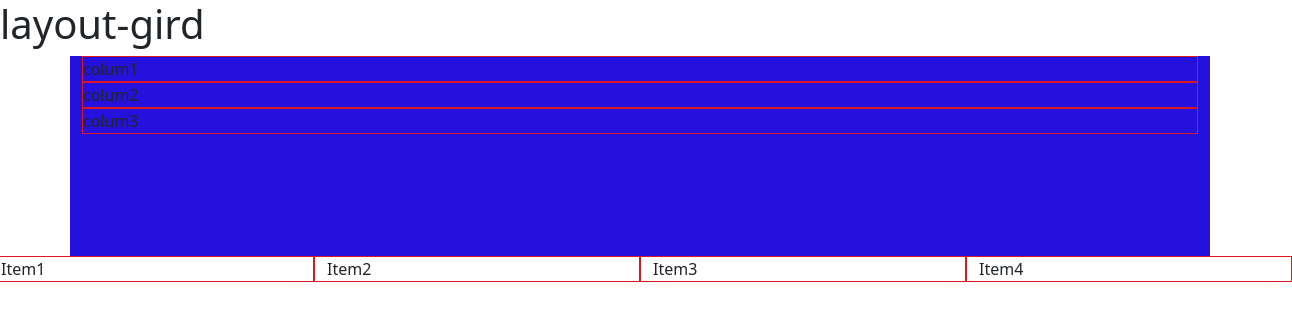
Repository: cvTuananh/Wed-famework
Page: lab05/demo3.html
An editor plug-in stored every save of this project. The page is shown before and after the next save, followed by the edit.
The browser window is 1280 px wide. The page is 1292 px wide, so the pictures cover 1292 px, including what lies to the right of the window. The pictures show the whole page.

Above is the page before, as saved 2021-09-30 19:38:45.

After the next save:
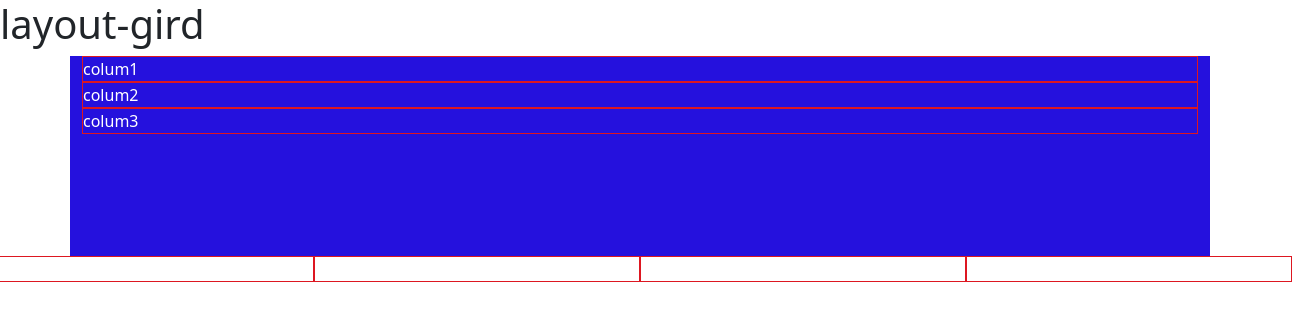
Saved 18 s later.
--- a/lab05/css/style.css
+++ b/lab05/css/style.css
@@ -4,4 +4,5 @@
     --color-prue: #663bb7;
     --color-green: #0ab318;
     --color-blue: #2511dd;
+    --color-white: #fff;
 }
